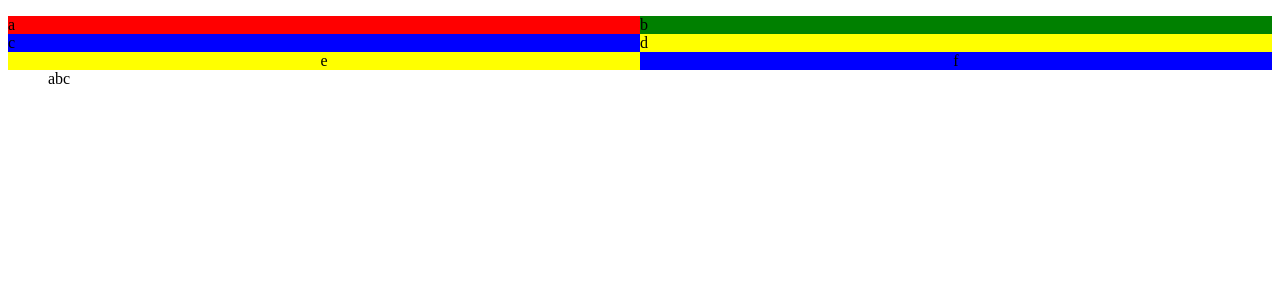
Repository: SilverSharkDeveloper/HTML-CSS-Study
Page: html/workspace/day04/WebContent/inline-block.html
An editor plug-in stored every save of this project. The page is shown before and after the next save, followed by the edit.
The browser window is 1280 px wide. The pictures show the whole page.

Above is the page before, as saved 2023-03-13 10:37:35.

### html/workspace/day04/WebContent/inline-block.html
<!DOCTYPE html>
<html>
<head>
<meta charset="UTF-8">
<title>Insert title here</title>
</head>
<body>

		<div>
		<!--<div style = "display : inline-block ; background :red; text-align : center; width : 25%" >a</div><div style = "display : inline-block ; background :green; text-align : center; width : 25%" >b</div><div style = "display : inline-block ; background :white; text-align : center; width : 25%" >c</div><div style = "display : inline-block ; background :black; text-align : center; width : 25%" >d</div>-->
			<div style = "float : left ; width : 50% ; background :red ">a</div>
			<div style = "float : left ; width : 50% ; background :green ">b</div>
			<div style = "float : left ; width : 50% ; background : blue">c</div>
			<div style = "float : left ; width : 50% ; background : yellow">d</div>
		</div>

		<div>
			<div style = "float : left;background : yellow; text-align : center ; width:50%">e</div>
			<div style = "float : left;background : blue; text-align : center ; width:50%">f</div>
		</div>

		<ul style="list-style : none">
			<il style ="float : left;">a</il>
			<il style ="float : left;">b</il>
			<il style ="float : left;">c</il>
		</ul>
</body>
</html>

After the next save:
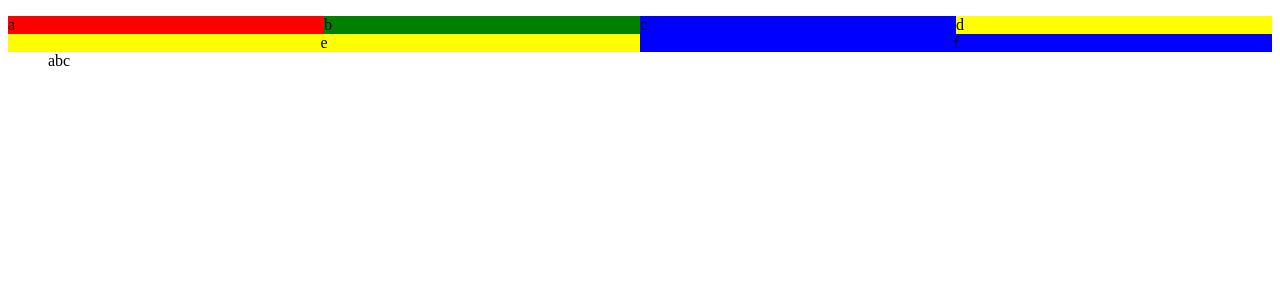
Saved 19 s later.
--- a/html/workspace/day04/WebContent/inline-block.html
+++ b/html/workspace/day04/WebContent/inline-block.html
@@ -8,10 +8,10 @@
 
 		<div>
 		<!--<div style = "display : inline-block ; background :red; text-align : center; width : 25%" >a</div><div style = "display : inline-block ; background :green; text-align : center; width : 25%" >b</div><div style = "display : inline-block ; background :white; text-align : center; width : 25%" >c</div><div style = "display : inline-block ; background :black; text-align : center; width : 25%" >d</div>-->
-			<div style = "float : left ; width : 50% ; background :red ">a</div>
-			<div style = "float : left ; width : 50% ; background :green ">b</div>
-			<div style = "float : left ; width : 50% ; background : blue">c</div>
-			<div style = "float : left ; width : 50% ; background : yellow">d</div>
+			<div style = "float : left ; width : 25% ; background :red ">a</div>
+			<div style = "float : left ; width : 25% ; background :green ">b</div>
+			<div style = "float : left ; width : 25% ; background : blue">c</div>
+			<div style = "float : left ; width : 25% ; background : yellow">d</div>
 		</div>
 
 		<div>
